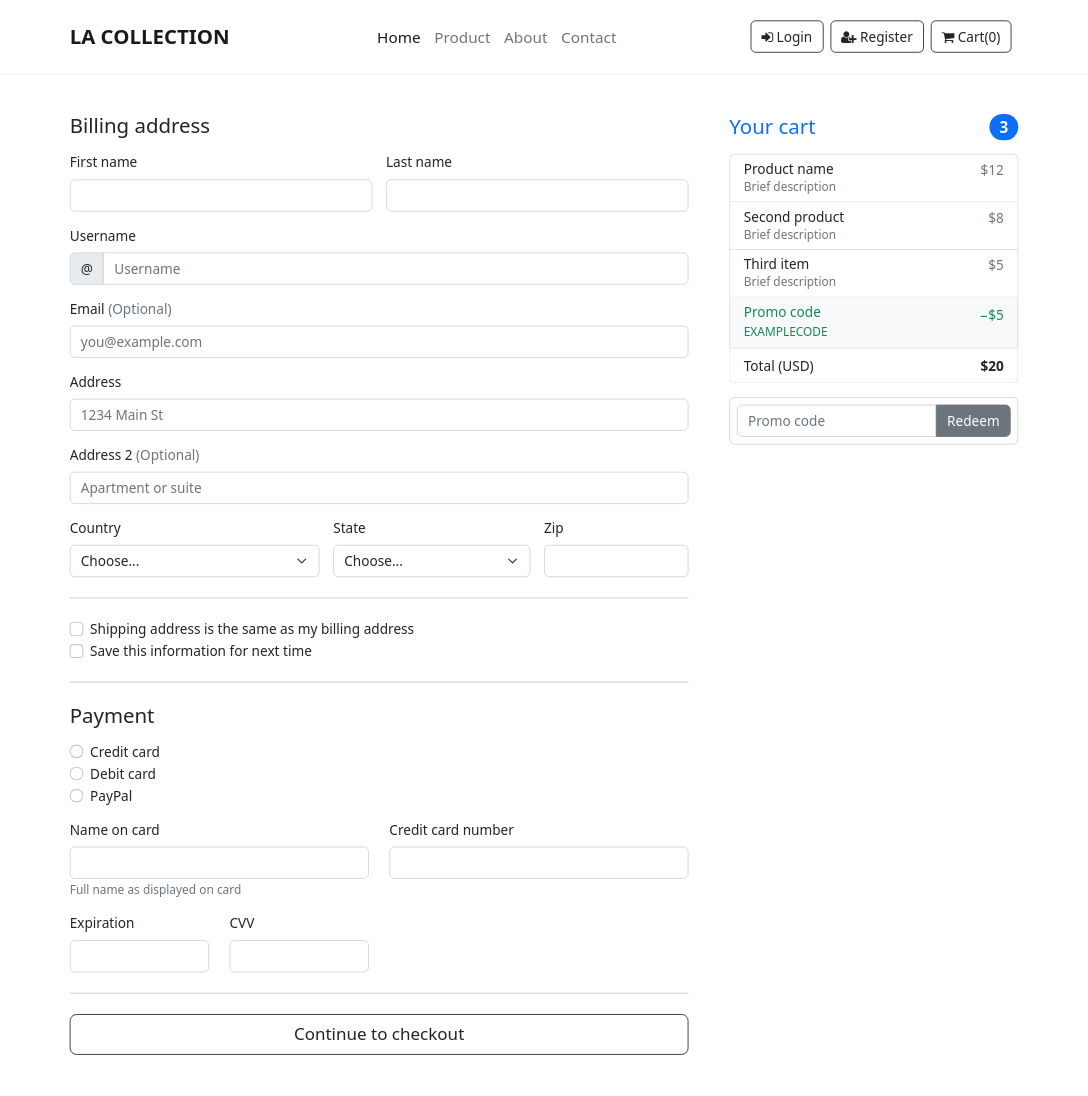
Repository: tiendungjr123/Ecommerce
Page: /checkout
An editor plug-in stored every save of this project. The page is shown before and after the next save, followed by the edit.
The browser window is 1280 px wide. The pictures show the whole page, at 85% of full size.
The project was rebuilt for these pictures with package versions that can differ from the ones it lists, and the page was loaded fresh each time. Also part of the build but not shown: src/components/Products.jsx, src/components/Home.jsx, src/redux/action/index.js, src/components/ProductDetail.jsx, src/components/About.jsx, src/components/Contact.jsx, src/components/Cart.jsx.

Above is the page before, as saved 2022-10-04 12:08:29.

After the next save:
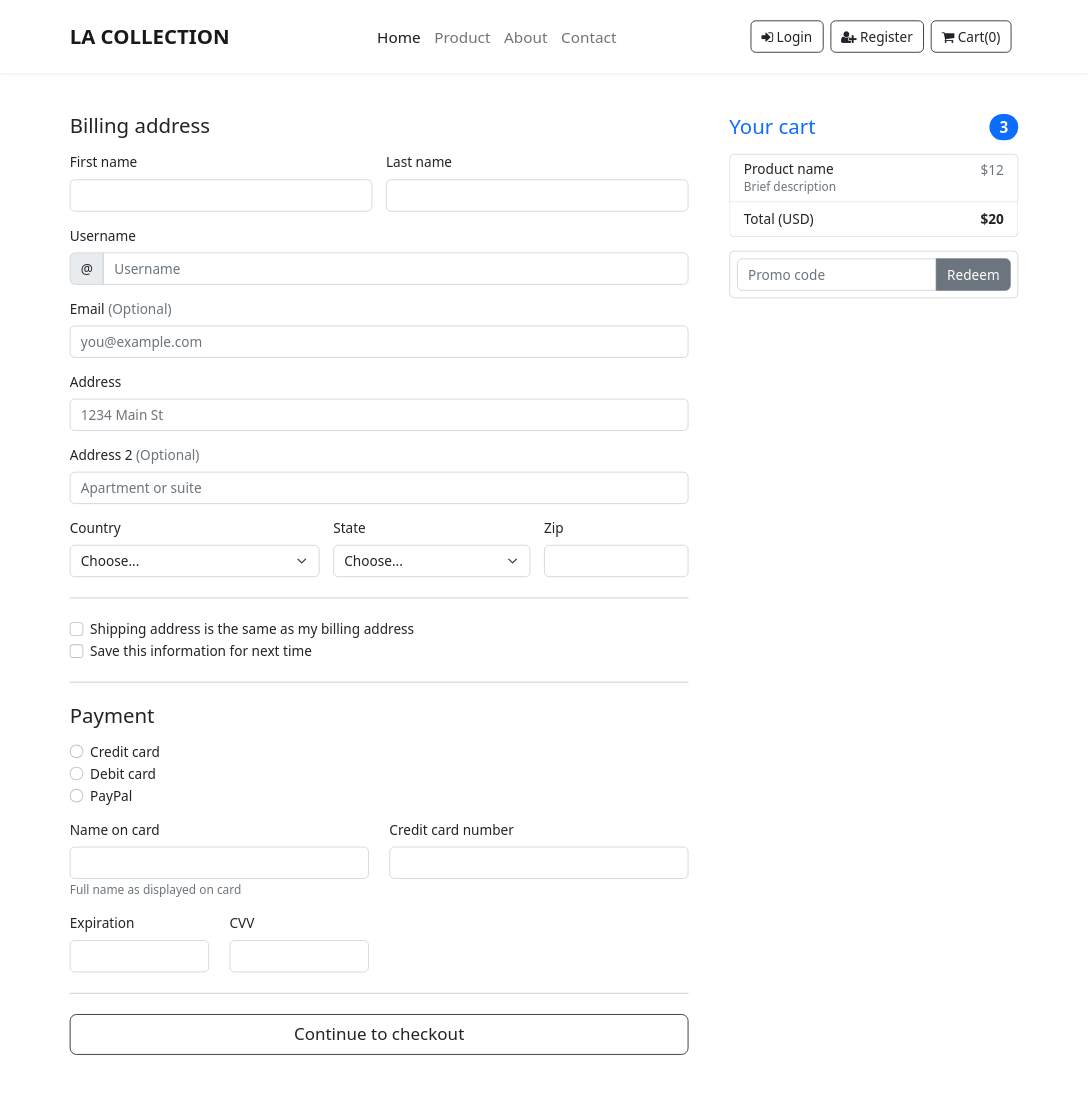
Saved 2 min 19 s later.
--- a/src/components/Checkout.jsx
+++ b/src/components/Checkout.jsx
@@ -16,27 +16,6 @@ const Checkout = () => {
                         <small className="text-muted">Brief description</small>
                      </div>
                      <span className="text-muted">$12</span>
-                  </li>
-                  <li className="list-group-item d-flex justify-content-between lh-sm">
-                     <div>
-                        <h6 className="my-0">Second product</h6>
-                        <small className="text-muted">Brief description</small>
-                     </div>
-                     <span className="text-muted">$8</span>
-                  </li>
-                  <li className="list-group-item d-flex justify-content-between lh-sm">
-                     <div>
-                        <h6 className="my-0">Third item</h6>
-                        <small className="text-muted">Brief description</small>
-                     </div>
-                     <span className="text-muted">$5</span>
-                  </li>
-                  <li className="list-group-item d-flex justify-content-between bg-light">
-                     <div className="text-success">
-                        <h6 className="my-0">Promo code</h6>
-                        <small>EXAMPLECODE</small>
-                     </div>
-                     <span className="text-success">−$5</span>
                   </li>
                   <li className="list-group-item d-flex justify-content-between">
                      <span>Total (USD)</span>
